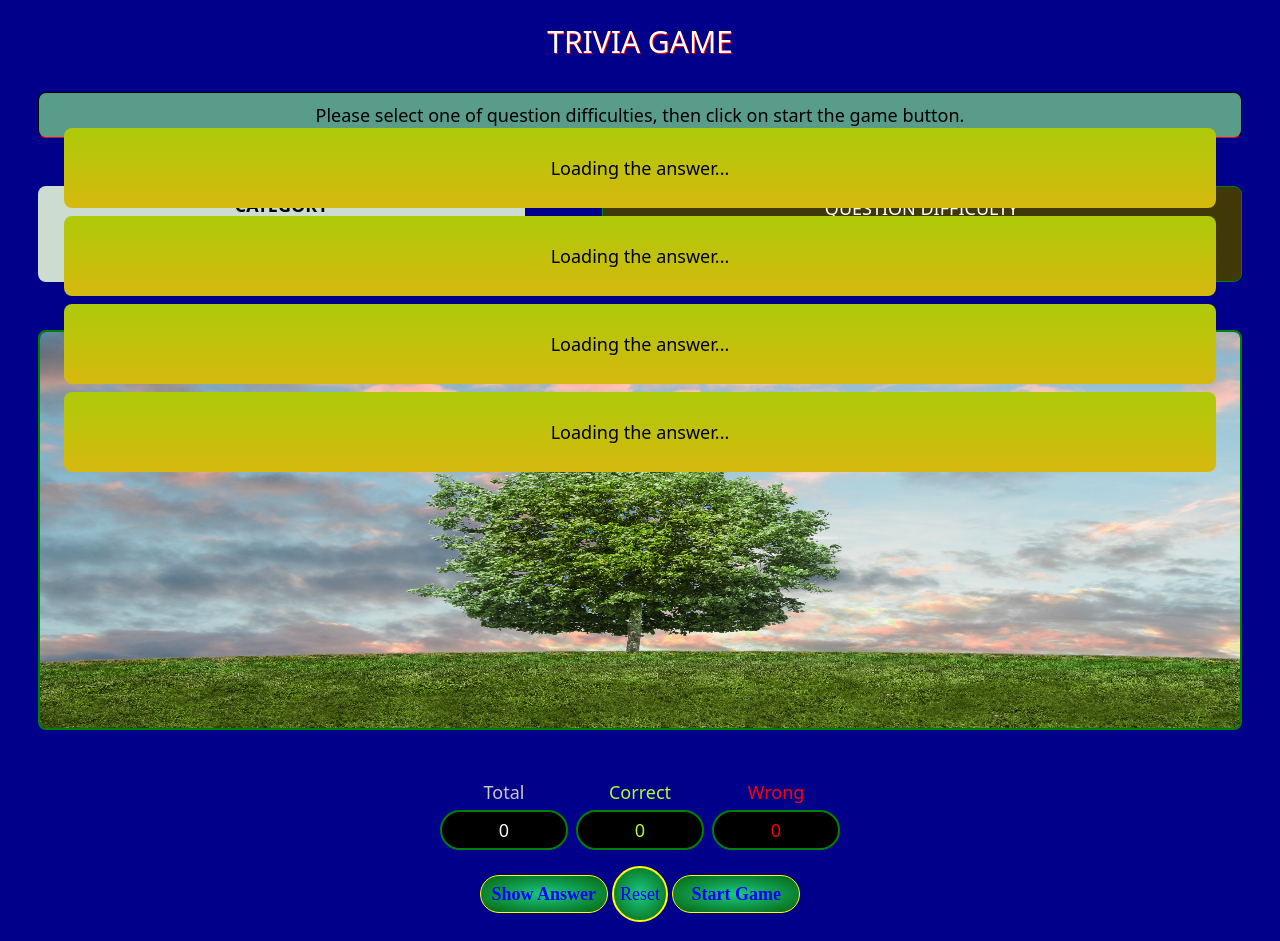
Repository: ShindanoSingi/bembe-trivia
Page: index.html
These files come from the project's save history. The page is drawn as it stood at one moment and after the next save; the edit follows.
The browser window is 1280 px wide. The pictures show the whole page.
Some web libraries are served in a nearby version.

Above is the page before, as saved 2022-09-08 01:32:25.

After the next save:
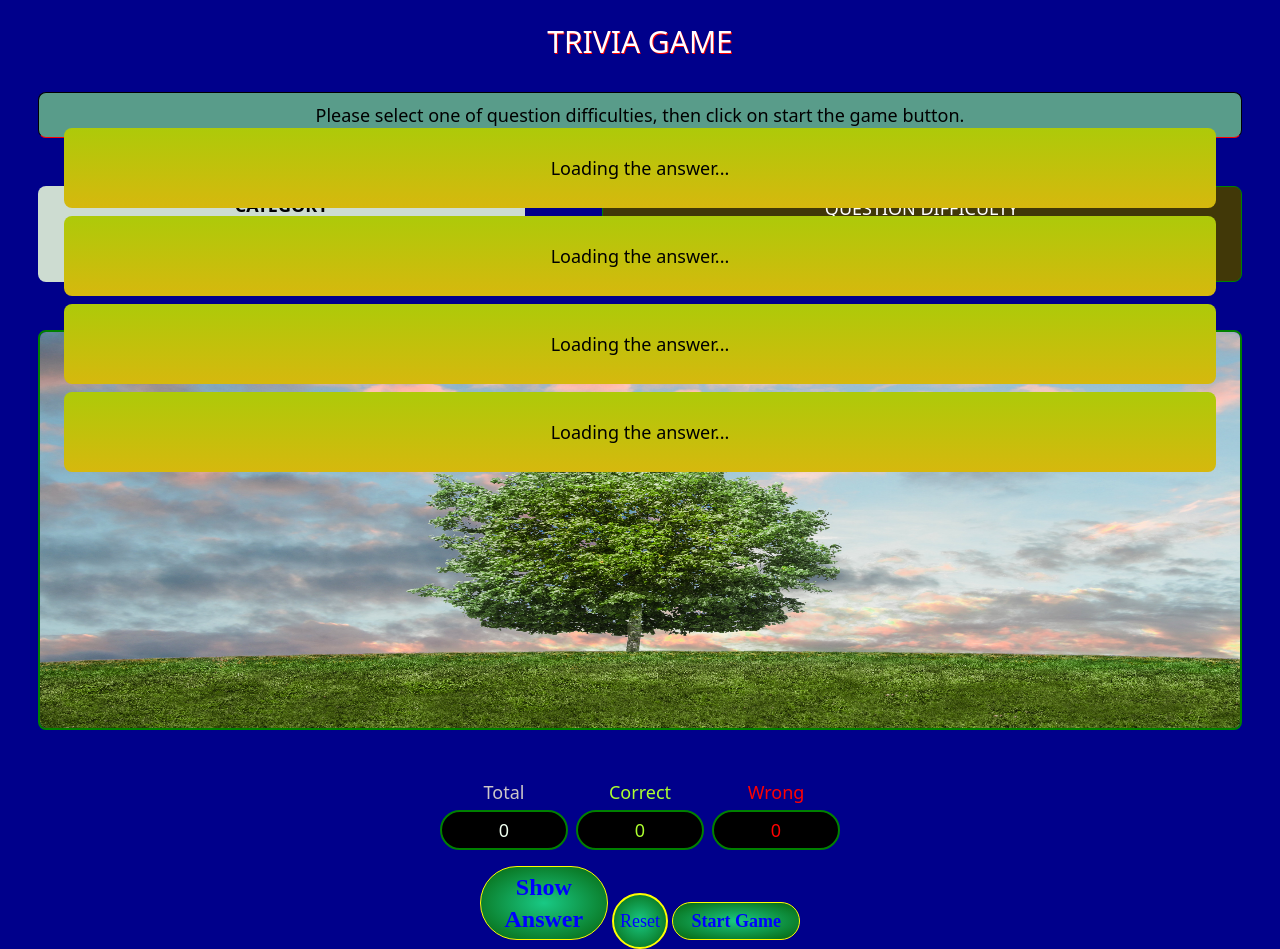
Saved 14 s later.
--- a/index.html
+++ b/index.html
@@ -60,7 +60,7 @@
                     <div class="timerQuestionCorrectWrong"></div>
                 </div>
                 <div class="threeBottomButtons">
-                    <button class="w-[8rem] text-lg md:text-lg py-1" id="showAnswer">Show Answer</button>
+                    <button class="w-[8rem] text-lg md:text-2xl py-1" id="showAnswer">Show Answer</button>
                     <button class="reset text-lg p-1 w-[3.5rem] h-[3.5rem] rounded-full">Reset</button>
                     <button class="startGame text-lg w-[8rem] py-1">Start Game</button>
                 </div>
